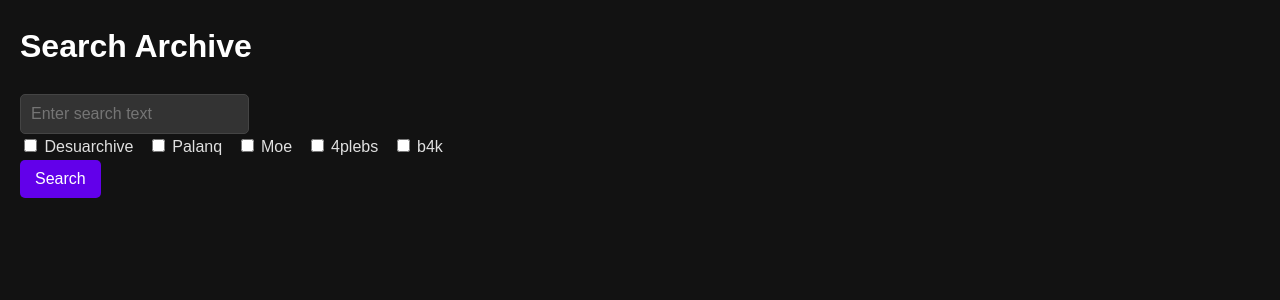
Repository: Halffd/forarchives
Page: index.html
An editor plug-in stored every save of this project. The page is shown before and after the next save, followed by the edit.
The browser window is 1280 px wide. The pictures show the whole page.

Above is the page before, as saved 2024-11-03 06:32:53.

After the next save:
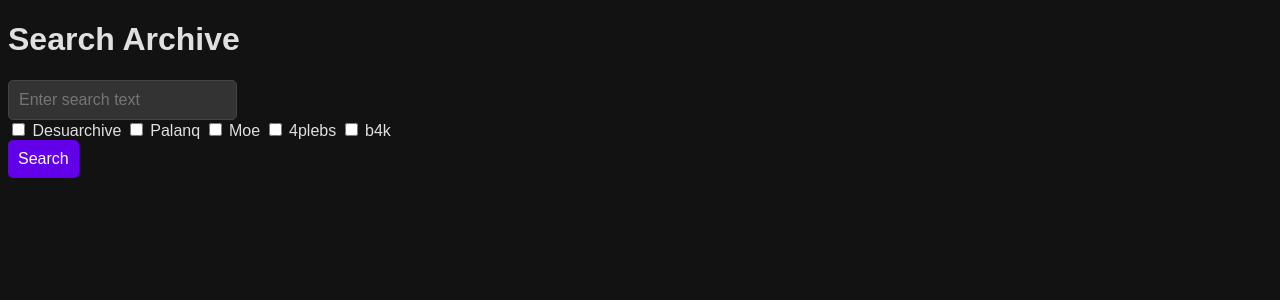
Saved 49 s later.
--- a/index.html
+++ b/index.html
@@ -4,73 +4,39 @@
     <meta charset="UTF-8">
     <title>MoeSearcher</title>
     <style>
+        /* Dark theme styling */
         body {
             font-family: Arial, sans-serif;
             background-color: #121212;
             color: #e0e0e0;
-            margin: 20px;
-            line-height: 1.6;
-        }
-        h1 {
-            color: #ffffff;
         }
         #searchForm {
             margin-bottom: 20px;
         }
-        input[type="text"] {
+        input[type="text"], button {
             padding: 10px;
             font-size: 1em;
-            background-color: #333333;
-            color: #ffffff;
+            border-radius: 5px;
+        }
+        input[type="text"] {
+            background-color: #333;
+            color: #fff;
             border: 1px solid #444;
-            border-radius: 5px;
             margin-right: 10px;
         }
         button {
-            padding: 10px 15px;
-            font-size: 1em;
-            color: #ffffff;
             background-color: #6200ea;
+            color: #fff;
             border: none;
-            border-radius: 5px;
-            cursor: pointer;
-        }
-        button:hover {
-            background-color: #3700b3;
-        }
-        .archive-option {
-            display: inline-block;
-            margin-right: 10px;
         }
         #results {
             margin-top: 20px;
         }
         .result-container {
-            border: 1px solid #333;
+            background-color: #1e1e1e;
             padding: 15px;
+            border-radius: 8px;
             margin-bottom: 15px;
-            background-color: #1e1e1e;
-            border-radius: 8px;
-        }
-        .result-title {
-            font-weight: bold;
-            font-size: 1.1em;
-            color: #bb86fc;
-        }
-        .result-meta {
-            color: #999;
-            font-size: 0.9em;
-            margin-bottom: 10px;
-        }
-        .result-comment {
-            margin-top: 10px;
-        }
-        .result-media a {
-            color: #03dac6;
-            text-decoration: none;
-        }
-        .result-media a:hover {
-            text-decoration: underline;
         }
     </style>
 </head>
@@ -79,21 +45,11 @@
     <form id="searchForm">
         <input type="text" name="query" placeholder="Enter search text" required>
         <div>
-            <label class="archive-option">
-                <input type="checkbox" name="archives" value="0"> Desuarchive
-            </label>
-            <label class="archive-option">
-                <input type="checkbox" name="archives" value="1"> Palanq
-            </label>
-            <label class="archive-option">
-                <input type="checkbox" name="archives" value="2"> Moe
-            </label>
-            <label class="archive-option">
-                <input type="checkbox" name="archives" value="3"> 4plebs
-            </label>
-            <label class="archive-option">
-                <input type="checkbox" name="archives" value="4"> b4k
-            </label>
+            <label><input type="checkbox" name="archives" value="0"> Desuarchive</label>
+            <label><input type="checkbox" name="archives" value="1"> Palanq</label>
+            <label><input type="checkbox" name="archives" value="2"> Moe</label>
+            <label><input type="checkbox" name="archives" value="3"> 4plebs</label>
+            <label><input type="checkbox" name="archives" value="4"> b4k</label>
         </div>
         <button type="submit">Search</button>
     </form>
@@ -103,8 +59,9 @@
         document.getElementById('searchForm').addEventListener('submit', async function(e) {
             e.preventDefault();
             const formData = new FormData(this);
-            const selectedArchives = formData.getAll("archives");  // Get all selected archives
 
+            // Collect selected archives into an array
+            const selectedArchives = Array.from(formData.getAll("archives"));
             if (selectedArchives.length === 0) {
                 alert("Please select at least one archive.");
                 return;
@@ -131,19 +88,13 @@
                 data.results.forEach(post => {
                     const postDiv = document.createElement('div');
                     postDiv.classList.add('result-container');
-
                     postDiv.innerHTML = `
-                        <div class="result-title">Post ID: ${post.num}</div>
-                        <div class="result-meta">
-                            <span><strong>Thread Number:</strong> ${post.thread_num}</span> |
-                            <span><strong>Timestamp:</strong> ${new Date(post.timestamp * 1000).toLocaleString()}</span>
-                        </div>
-                        <div class="result-comment"><strong>Comment:</strong> ${post.comment || "No Comment"}</div>
-                        <div class="result-media">
-                            ${post.media ? `<strong>Media:</strong> <a href="${post.media}" download>Download</a>` : ""}
-                        </div>
+                        <strong>Post ID:</strong> ${post.num} <br>
+                        <strong>Thread Number:</strong> ${post.thread_num} <br>
+                        <strong>Timestamp:</strong> ${new Date(post.timestamp * 1000).toLocaleString()} <br>
+                        <strong>Comment:</strong> ${post.comment || "No Comment"} <br>
+                        ${post.media ? `<strong>Media:</strong> <a href="${post.media}" download>Download</a>` : ""}
                     `;
-
                     resultsDiv.appendChild(postDiv);
                 });
             } else {

After the save that followed:
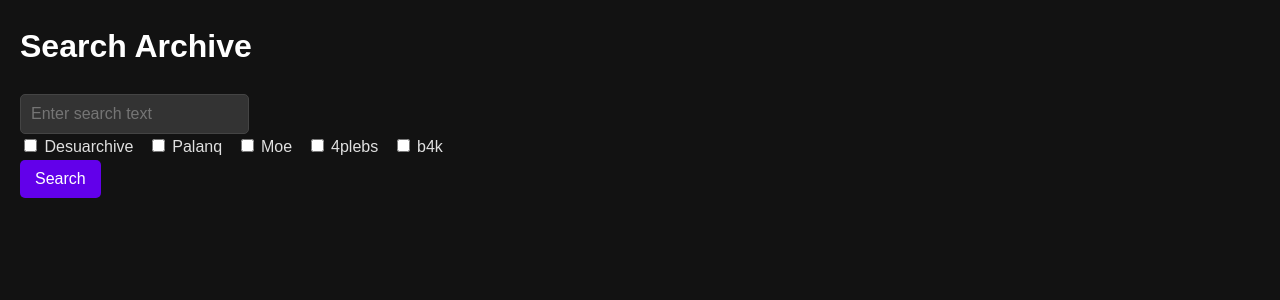
Saved 5 s later.
--- a/index.html
+++ b/index.html
@@ -4,39 +4,73 @@
     <meta charset="UTF-8">
     <title>MoeSearcher</title>
     <style>
-        /* Dark theme styling */
         body {
             font-family: Arial, sans-serif;
             background-color: #121212;
             color: #e0e0e0;
+            margin: 20px;
+            line-height: 1.6;
+        }
+        h1 {
+            color: #ffffff;
         }
         #searchForm {
             margin-bottom: 20px;
         }
-        input[type="text"], button {
+        input[type="text"] {
             padding: 10px;
             font-size: 1em;
+            background-color: #333333;
+            color: #ffffff;
+            border: 1px solid #444;
             border-radius: 5px;
-        }
-        input[type="text"] {
-            background-color: #333;
-            color: #fff;
-            border: 1px solid #444;
             margin-right: 10px;
         }
         button {
+            padding: 10px 15px;
+            font-size: 1em;
+            color: #ffffff;
             background-color: #6200ea;
-            color: #fff;
             border: none;
+            border-radius: 5px;
+            cursor: pointer;
+        }
+        button:hover {
+            background-color: #3700b3;
+        }
+        .archive-option {
+            display: inline-block;
+            margin-right: 10px;
         }
         #results {
             margin-top: 20px;
         }
         .result-container {
+            border: 1px solid #333;
+            padding: 15px;
+            margin-bottom: 15px;
             background-color: #1e1e1e;
-            padding: 15px;
             border-radius: 8px;
-            margin-bottom: 15px;
+        }
+        .result-title {
+            font-weight: bold;
+            font-size: 1.1em;
+            color: #bb86fc;
+        }
+        .result-meta {
+            color: #999;
+            font-size: 0.9em;
+            margin-bottom: 10px;
+        }
+        .result-comment {
+            margin-top: 10px;
+        }
+        .result-media a {
+            color: #03dac6;
+            text-decoration: none;
+        }
+        .result-media a:hover {
+            text-decoration: underline;
         }
     </style>
 </head>
@@ -45,11 +79,21 @@
     <form id="searchForm">
         <input type="text" name="query" placeholder="Enter search text" required>
         <div>
-            <label><input type="checkbox" name="archives" value="0"> Desuarchive</label>
-            <label><input type="checkbox" name="archives" value="1"> Palanq</label>
-            <label><input type="checkbox" name="archives" value="2"> Moe</label>
-            <label><input type="checkbox" name="archives" value="3"> 4plebs</label>
-            <label><input type="checkbox" name="archives" value="4"> b4k</label>
+            <label class="archive-option">
+                <input type="checkbox" name="archives" value="0"> Desuarchive
+            </label>
+            <label class="archive-option">
+                <input type="checkbox" name="archives" value="1"> Palanq
+            </label>
+            <label class="archive-option">
+                <input type="checkbox" name="archives" value="2"> Moe
+            </label>
+            <label class="archive-option">
+                <input type="checkbox" name="archives" value="3"> 4plebs
+            </label>
+            <label class="archive-option">
+                <input type="checkbox" name="archives" value="4"> b4k
+            </label>
         </div>
         <button type="submit">Search</button>
     </form>
@@ -59,9 +103,8 @@
         document.getElementById('searchForm').addEventListener('submit', async function(e) {
             e.preventDefault();
             const formData = new FormData(this);
+            const selectedArchives = formData.getAll("archives");  // Get all selected archives
 
-            // Collect selected archives into an array
-            const selectedArchives = Array.from(formData.getAll("archives"));
             if (selectedArchives.length === 0) {
                 alert("Please select at least one archive.");
                 return;
@@ -88,13 +131,19 @@
                 data.results.forEach(post => {
                     const postDiv = document.createElement('div');
                     postDiv.classList.add('result-container');
+
                     postDiv.innerHTML = `
-                        <strong>Post ID:</strong> ${post.num} <br>
-                        <strong>Thread Number:</strong> ${post.thread_num} <br>
-                        <strong>Timestamp:</strong> ${new Date(post.timestamp * 1000).toLocaleString()} <br>
-                        <strong>Comment:</strong> ${post.comment || "No Comment"} <br>
-                        ${post.media ? `<strong>Media:</strong> <a href="${post.media}" download>Download</a>` : ""}
+                        <div class="result-title">Post ID: ${post.num}</div>
+                        <div class="result-meta">
+                            <span><strong>Thread Number:</strong> ${post.thread_num}</span> |
+                            <span><strong>Timestamp:</strong> ${new Date(post.timestamp * 1000).toLocaleString()}</span>
+                        </div>
+                        <div class="result-comment"><strong>Comment:</strong> ${post.comment || "No Comment"}</div>
+                        <div class="result-media">
+                            ${post.media ? `<strong>Media:</strong> <a href="${post.media}" download>Download</a>` : ""}
+                        </div>
                     `;
+
                     resultsDiv.appendChild(postDiv);
                 });
             } else {
